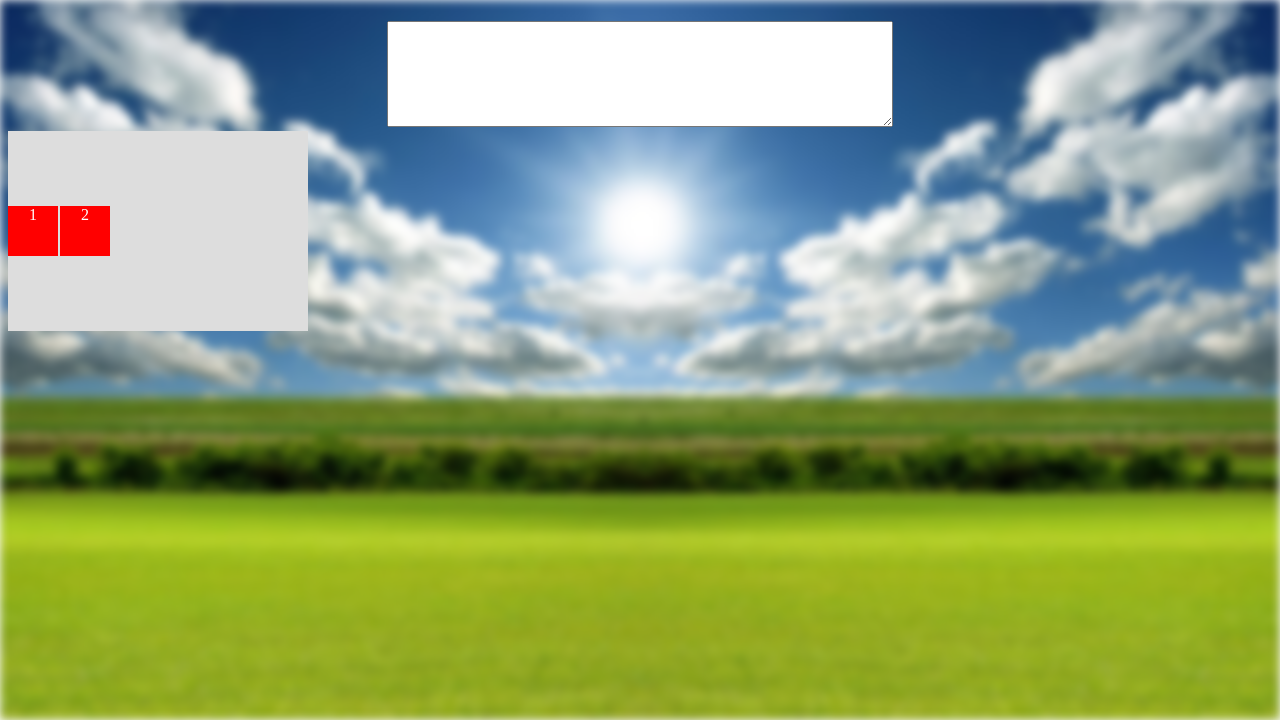
Repository: RyoTTa/4-1-Web-Programming
Page: SoloProject/Project/WebContent/index.html
An editor plug-in stored every save of this project. The page is shown before and after the next save, followed by the edit.
The browser window is 1280 px wide. The pictures show the whole page.
The page's requests for data from a server got no answer.

Above is the page before, as saved 2020-05-05 14:50:44.

After the next save:
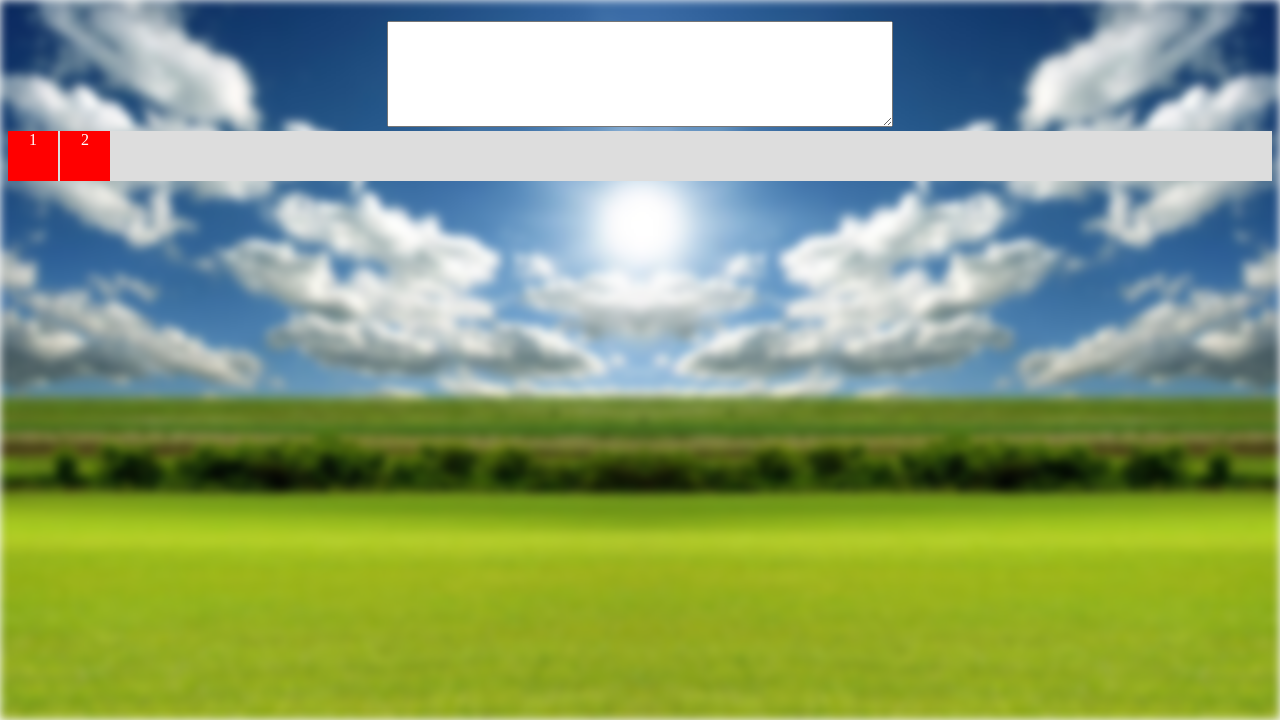
Saved 21 s later.
--- a/SoloProject/Project/WebContent/background.css
+++ b/SoloProject/Project/WebContent/background.css
@@ -17,8 +17,8 @@ body::before {
 
 .forecast_layer_outter{
 	display : table;
-	width : 300px;
-	height : 200px;
+	width : 100%;
+	height : 100%;
 	background : #ddd;
 }
 .forecast_layer_inner{
